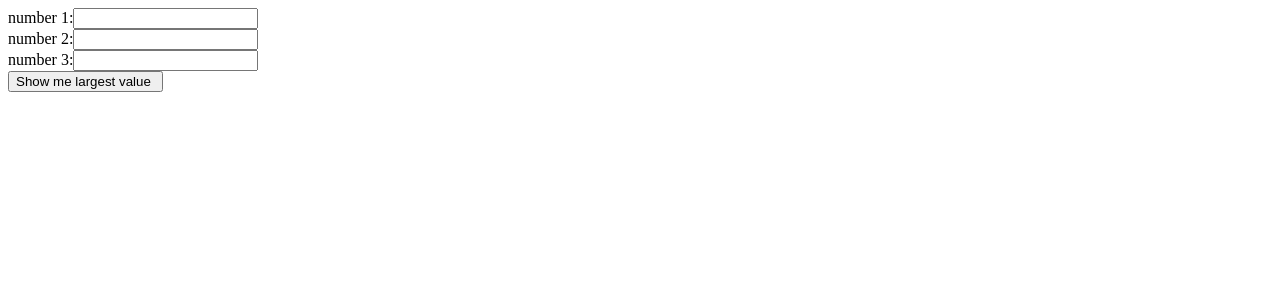
Repository: pkc189/Techment
Page: Advance Java Server Side/HelloWorld/WebContent/Largest.html
These files come from the project's save history. The page is drawn as it stood at one moment and after the next save; the edit follows.
The browser window is 1280 px wide. The pictures show the whole page.

Above is the page before, as saved 2021-08-20 08:22:25.

After the next save:
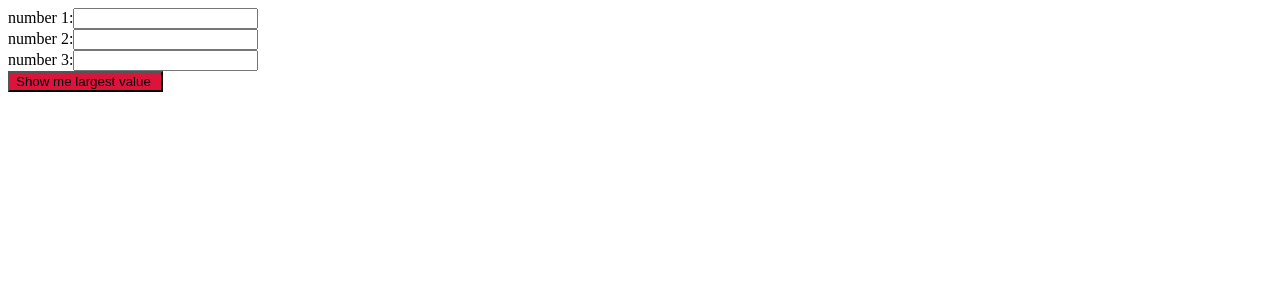
Saved 4 s later.
--- a/Advance Java Server Side/HelloWorld/WebContent/Largest.html
+++ b/Advance Java Server Side/HelloWorld/WebContent/Largest.html
@@ -15,7 +15,7 @@
   <br/>
 
 
-<input style="background-color:crimson'" value="Show me largest value " type="submit">
+<input style="background-color:crimson" value="Show me largest value " type="submit">
 </form>
 </body>
 </html>
